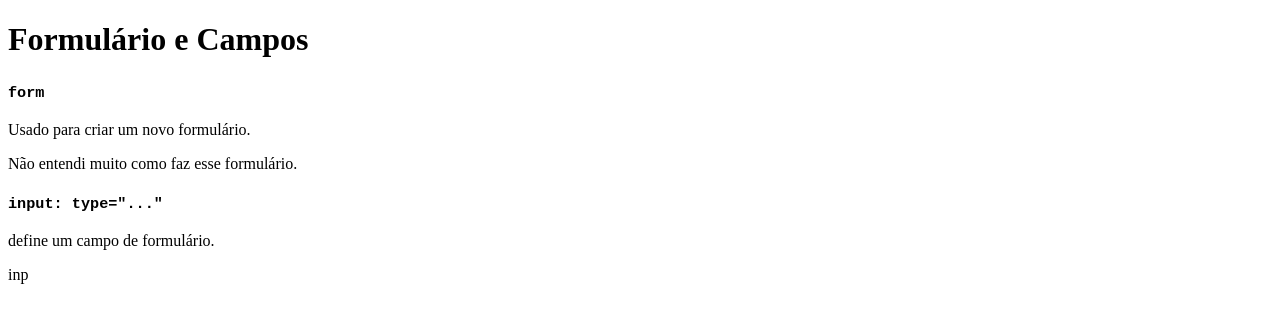
Repository: ErikMesquita/Danki-Code
Page: formulários_e_campos/index.html
These files come from the project's save history. The page is drawn as it stood at one moment and after the next save; the edit follows.
The browser window is 1280 px wide. The pictures show the whole page.

Above is the page before, as saved 2023-10-28 16:09:19.

After the next save:
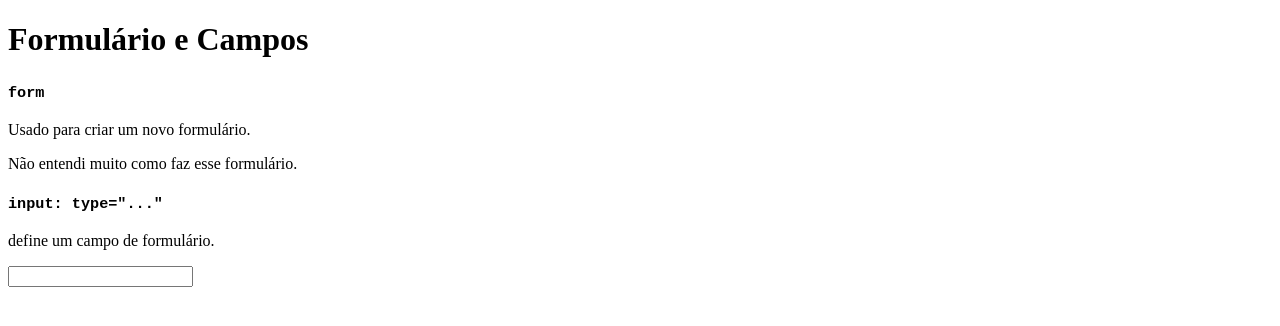
Saved 4 s later.
--- a/formulários_e_campos/index.html
+++ b/formulários_e_campos/index.html
@@ -46,7 +46,7 @@
     <p>
         define um campo de formulário.
     </p>
-    inp
+    <input type="text">
 
 
 </body>
